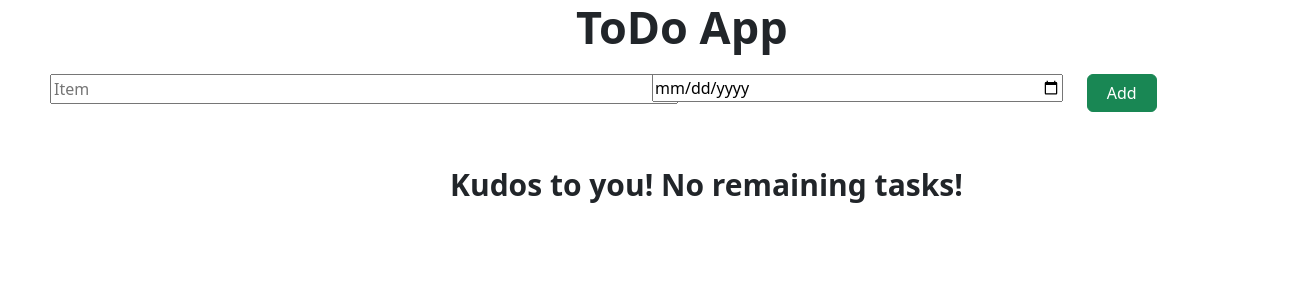
Repository: aditya-jha-kumar/To-Do-List-ReactApp
Page: /
The author's editor kept a copy of each file at every save. The page is drawn from the files as they stood at one save, then again after a run of saves.
The browser window is 1280 px wide. The page is 1292 px wide, so the pictures cover 1292 px, including what lies to the right of the window. The pictures show the whole page.
The project was rebuilt for these pictures with package versions that can differ from the ones it lists, and the page was loaded fresh each time. Also part of the build but not shown: vite.config.js, src/components/ToDoItem.jsx.

Above is the page before, as saved 2023-12-10 03:03:36.

After the next 2 saves:
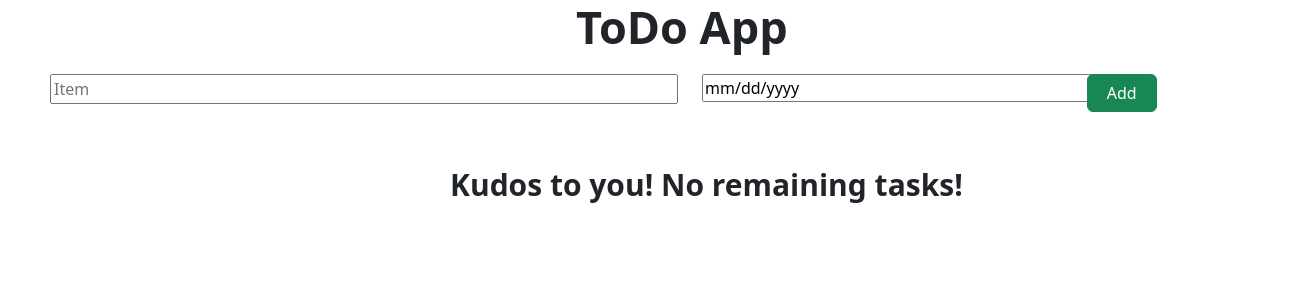
The 2 saves are shown as one change because they came seconds apart.
The last was saved 19 s later.
--- a/src/components/AddToDo.jsx
+++ b/src/components/AddToDo.jsx
@@ -27,7 +27,12 @@ function AddToDo({ onNewItem }) {
           />
         </div>
         <div className="col-4">
-          <input type="date" onChange={handleDateChange} value={dueDate} />
+          <input
+            type="date"
+            onChange={handleDateChange}
+            className={styles.index}
+            value={dueDate}
+          />
         </div>
         <div className="col-2">
           <button
